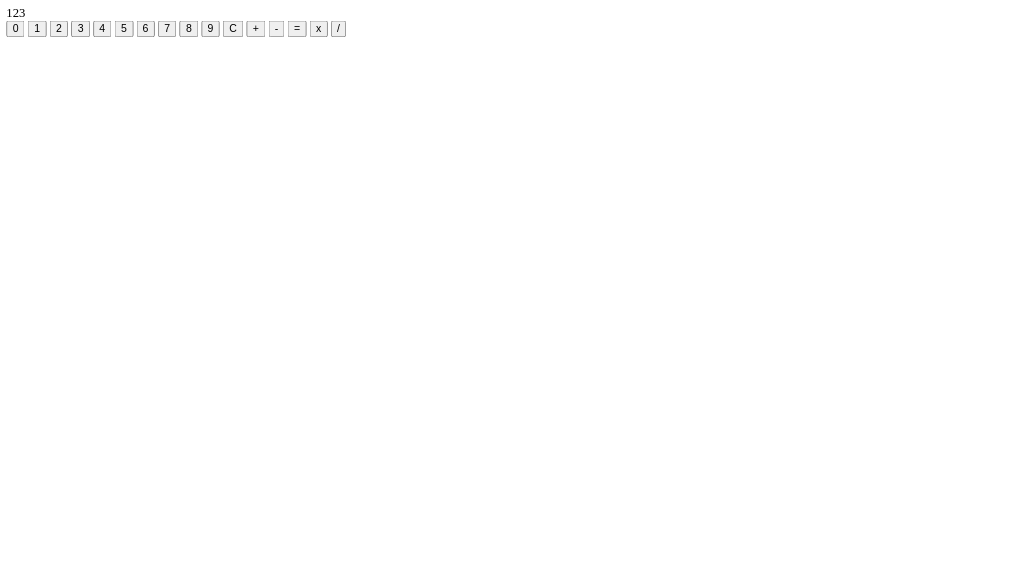
Repository: TEazy2433/LAB-calculator
Page: index.html
These files come from the project's save history. The page is drawn as it stood at one moment and after the next save; the edit follows.
The browser window is 1280 px wide. The pictures show the whole page, at 79% of full size.

Above is the page before, as saved 2023-10-13 15:50:28.

After the next save:
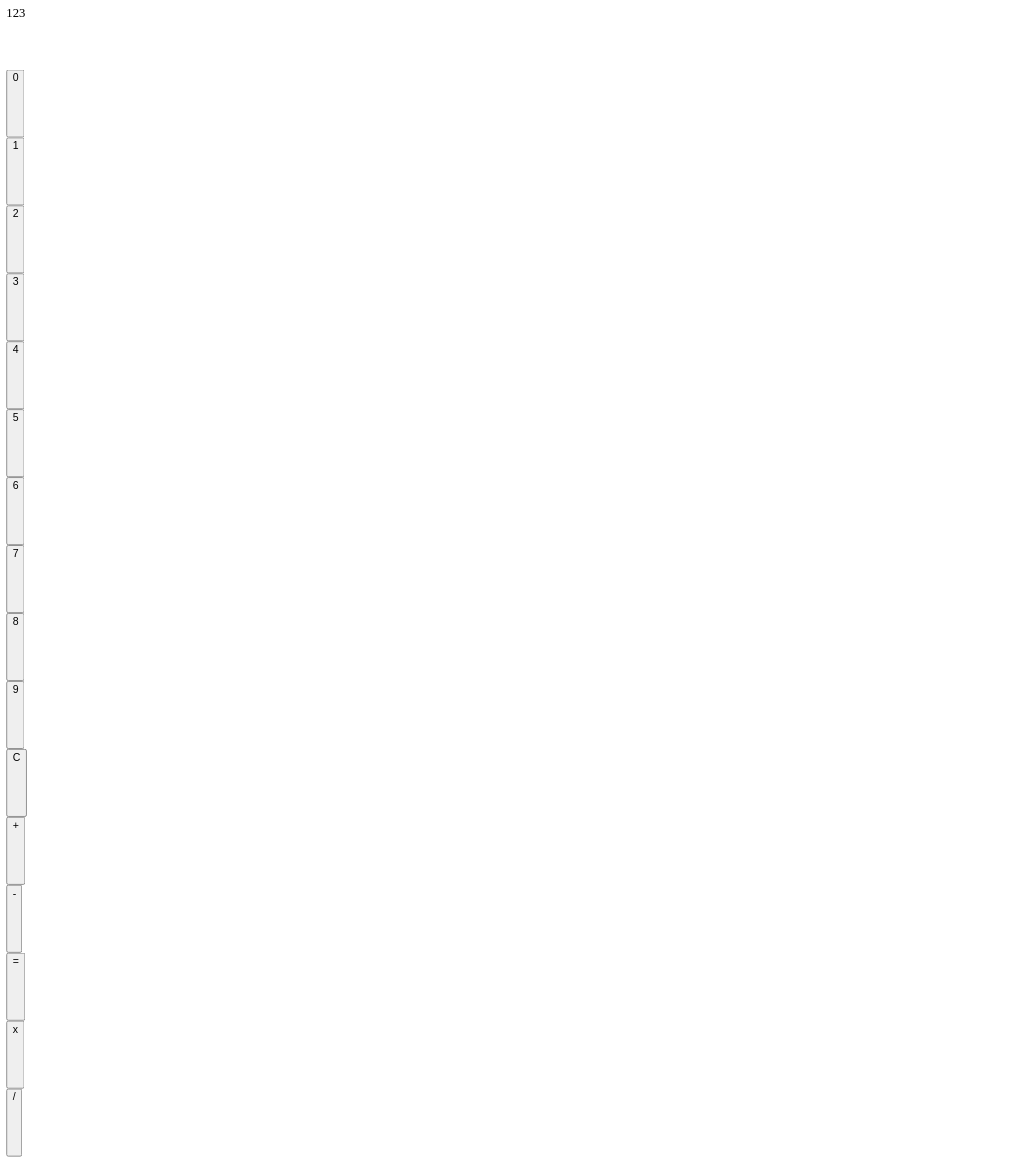
Saved 13 s later.
--- a/main.css
+++ b/main.css
@@ -1,4 +1,4 @@
-.screen{
+.buttons{
   display: grid;
   grid-template-columns: repeat(4, 1r);
   grid-auto-rows: 80px;
